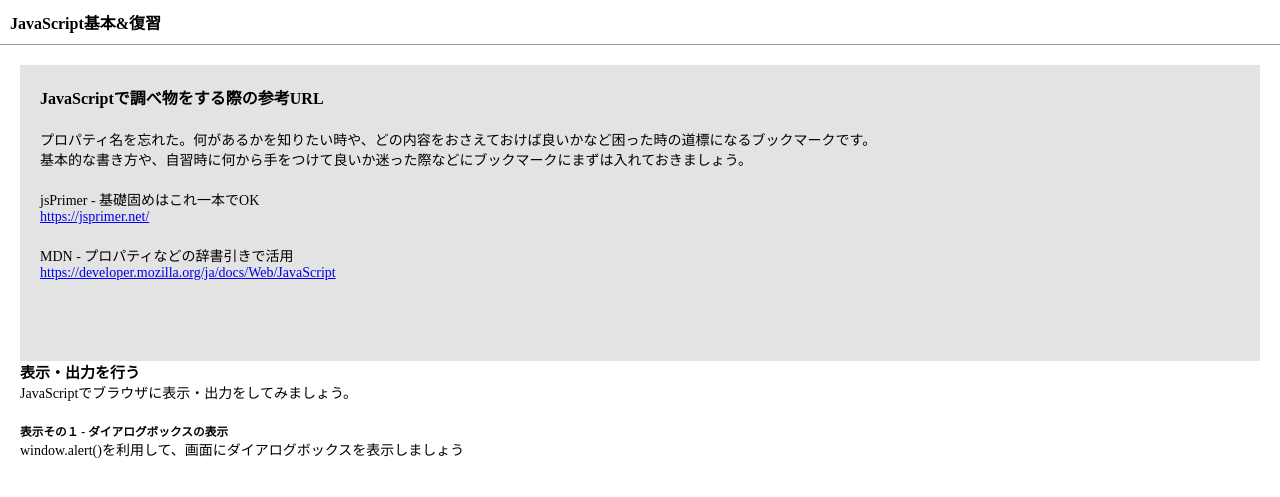
Repository: Yuto-Arakawa/study_js
Page: 01_basic/荒川/ara_basic01.html
These files come from the project's save history. The page is drawn as it stood at one moment and after the next save; the edit follows.
The browser window is 1280 px wide. The pictures show the whole page.

Above is the page before, as saved 2026-11-06 15:16:45.

### 01_basic/荒川/ara_basic01.html
<!DOCTYPE html>
<html lang="ja">
<head>
  <meta charset="utf-8">
  <meta name="viewport" content="width=device-width, initial-scale=1">
  <meta name="color-scheme" content="light">
  <meta name="format-detection" content="telephone=no">
  <meta name="description" content="ここに説明文を設定">
  <title>ara_basic01</title>

  <!-- 共有用 OGP / X(Twitter) -->
  <meta property="og:site_name" content="サイト名">
  <meta property="og:title" content="サイトタイトル">
  <meta property="og:description" content="サイト説明文">
  <meta property="og:type" content="website">
  <meta property="og:url" content="https://hoge.ecc.com/">
  <meta property="og:image" content="https://hoge.ecc.com/ogp.png">
  <meta name="twitter:card" content="summary_large_image">
  <meta name="twitter:site" content="@twitteraccount">

  <!-- 正規URL -->
  <link rel="canonical" href="URL">
	<!-- 多言語サイト用 -->
	<!-- <link rel="alternate" hreflang="ja" href="URL"> -->

  <!-- アイコン（SVG優先、ICOフォールバック、Apple Touch） -->
  <link rel="icon" type="image/svg+xml" href="favicon.svg">
  <link rel="alternate icon" href="favicon.ico">
  <link rel="apple-touch-icon" href="apple-touch-icon.png" sizes="180x180">

  <!-- テーマカラー（PWAでなくてもアドレスバー色に反映） -->
  <meta name="theme-color" content="#FFFFFF">

	<!-- スタイルの読み込み -->
    <link rel="stylesheet" href="css/ress.css">
    <link rel="stylesheet" href="css/basic01.css">

</head>
<body>
    <header>
        <h1>JavaScript基本&復習</h1>
    </header>
    <main>
        <div class="reference">
            <h2>JavaScriptで調べ物をする際の参考URL</h2>
                <p>
                    プロパティ名を忘れた。何があるかを知りたい時や、どの内容をおさえておけば良いかなど困った時の道標になるブックマークです。<br>
                    基本的な書き方や、自習時に何から手をつけて良いか迷った際などにブックマークにまずは入れておきましょう。
                </p>

                <p>
                    jsPrimer - 基礎固めはこれ一本でOK<br>
                    <a href="https://jsprimer.net/" target="_blank">https://jsprimer.net/</a>
                </p>
                <p>
                    MDN - プロパティなどの辞書引きで活用<br>
                    <a href="https://developer.mozilla.org/ja/docs/Web/JavaScript" target="_blank">https://developer.mozilla.org/ja/docs/Web/JavaScript</a>
                </p>
        </div>
            <h2>表示・出力を行う</h2>
                <p>JavaScriptでブラウザに表示・出力をしてみましょう。</p>
            <h3>表示その１ - ダイアログボックスの表示</h3>
                <p>window.alert()を利用して、画面にダイアログボックスを表示しましょう</p>
    </main>
</body>
</html>

### 01_basic/荒川/css/ress.css
/* resset.dev • v6.0.0 */

/* # =================================================================
   # Global selectors
   # ================================================================= */

html {
  box-sizing: border-box;
  -webkit-text-size-adjust: 100%; /* Prevent adjustments of font size after orientation changes in iOS */
  word-break: normal;
  -moz-tab-size: 4;
  tab-size: 4;
}

*,
::before,
::after {
  background-repeat: no-repeat; /* Set `background-repeat: no-repeat` to all elements and pseudo elements */
  box-sizing: inherit;
}

::before,
::after {
  text-decoration: inherit; /* Inherit text-decoration and vertical align to ::before and ::after pseudo elements */
  vertical-align: inherit;
}

* {
  padding: 0; /* Reset `padding` and `margin` of all elements */
  margin: 0;
}

/* # =================================================================
   # General elements
   # ================================================================= */

hr {
  overflow: visible; /* Show the overflow in Edge and IE */
  height: 0; /* Add the correct box sizing in Firefox */
  color: inherit; /* Correct border color in Firefox. */
}

details,
main {
  display: block; /* Render the `main` element consistently in IE. */
}

summary {
  display: list-item; /* Add the correct display in all browsers */
}

small {
  font-size: 80%; /* Set font-size to 80% in `small` elements */
}

[hidden] {
  display: none; /* Add the correct display in IE */
}

abbr[title] {
  border-bottom: none; /* Remove the bottom border in Chrome 57 */
  /* Add the correct text decoration in Chrome, Edge, IE, Opera, and Safari */
  text-decoration: underline;
  text-decoration: underline dotted;
}

a {
  background-color: transparent; /* Remove the gray background on active links in IE 10 */
}

a:active,
a:hover {
  outline-width: 0; /* Remove the outline when hovering in all browsers */
}

code,
kbd,
pre,
samp {
  font-family: monospace, monospace; /* Specify the font family of code elements */
}

pre {
  font-size: 1em; /* Correct the odd `em` font sizing in all browsers */
}

b,
strong {
  font-weight: bolder; /* Add the correct font weight in Chrome, Edge, and Safari */
}

/* https://gist.github.com/unruthless/413930 */
sub,
sup {
  font-size: 75%;
  line-height: 0;
  position: relative;
  vertical-align: baseline;
}

sub {
  bottom: -0.25em;
}

sup {
  top: -0.5em;
}

table {
  border-color: inherit; /* Correct border color in all Chrome, Edge, and Safari. */
  text-indent: 0; /* Remove text indentation in Chrome, Edge, and Safari */
}

iframe {
  border-style: none;
}

/* # =================================================================
   # Accessibility
   # ================================================================= */

/* Specify the progress cursor of updating elements */
[aria-busy='true'] {
  cursor: progress;
}

/* Specify the pointer cursor of trigger elements */
[aria-controls] {
  cursor: pointer;
}

/* # =================================================================
   # Forms
   # ================================================================= */

input {
  border-radius: 0;
}

[type='number']::-webkit-inner-spin-button,
[type='number']::-webkit-outer-spin-button {
  height: auto; /* Correct the cursor style of increment and decrement buttons in Chrome */
}

[type='search'] {
  -webkit-appearance: textfield; /* Correct the odd appearance in Chrome and Safari */
  outline-offset: -2px; /* Correct the outline style in Safari */
}

[type='search']::-webkit-search-decoration {
  -webkit-appearance: none; /* Remove the inner padding in Chrome and Safari on macOS */
}

textarea {
  overflow: auto; /* Internet Explorer 11+ */
  resize: vertical; /* Specify textarea resizability */
}

button,
input,
optgroup,
select,
textarea {
  font: inherit; /* Specify font inheritance of form elements */
}

optgroup {
  font-weight: bold; /* Restore the font weight unset by the previous rule */
}

button {
  overflow: visible; /* Address `overflow` set to `hidden` in IE 8/9/10/11 */
}

button,
select {
  text-transform: none; /* Firefox 40+, Internet Explorer 11- */
}

/* Apply cursor pointer to button elements */
button,
[type='button'],
[type='reset'],
[type='submit'],
[role='button'] {
  cursor: pointer;
}

/* Remove inner padding and border in Firefox 4+ */
button::-moz-focus-inner,
[type='button']::-moz-focus-inner,
[type='reset']::-moz-focus-inner,
[type='submit']::-moz-focus-inner {
  border-style: none;
  padding: 0;
}

/* Replace focus style removed in the border reset above */
button:-moz-focusring,
[type='button']::-moz-focus-inner,
[type='reset']::-moz-focus-inner,
[type='submit']::-moz-focus-inner {
  outline: 1px dotted ButtonText;
}

button,
html [type='button'], /* Prevent a WebKit bug where (2) destroys native `audio` and `video`controls in Android 4 */
[type='reset'],
[type='submit'] {
  -webkit-appearance: button; /* Correct the inability to style clickable types in iOS */
}

/* Remove the default button styling in all browsers */
button,
input,
select,
textarea {
  background-color: transparent;
  border-style: none;
}

a:focus,
button:focus,
input:focus,
select:focus,
textarea:focus {
  outline-width: 0;
}

/* Style select like a standard input */
select {
  -moz-appearance: none; /* Firefox 36+ */
  -webkit-appearance: none; /* Chrome 41+ */
}

select::-ms-expand {
  display: none; /* Internet Explorer 11+ */
}

select::-ms-value {
  color: currentColor; /* Internet Explorer 11+ */
}

legend {
  border: 0; /* Correct `color` not being inherited in IE 8/9/10/11 */
  color: inherit; /* Correct the color inheritance from `fieldset` elements in IE */
  display: table; /* Correct the text wrapping in Edge and IE */
  max-width: 100%; /* Correct the text wrapping in Edge and IE */
  white-space: normal; /* Correct the text wrapping in Edge and IE */
  max-width: 100%; /* Correct the text wrapping in Edge 18- and IE */
}

::-webkit-file-upload-button {
  /* Correct the inability to style clickable types in iOS and Safari */
  -webkit-appearance: button;
  color: inherit;
  font: inherit; /* Change font properties to `inherit` in Chrome and Safari */
}

/* Replace pointer cursor in disabled, not-editable, or otherwise inoperable elements */
[disabled],
[aria-disabled='true'] {
  cursor: default;
}

/* # =================================================================
   # Specify media element style
   # ================================================================= */

img {
  border-style: none; /* Remove border when inside `a` element in IE 8/9/10 */
}

/* Add the correct vertical alignment in Chrome, Firefox, and Opera */
progress {
  vertical-align: baseline;
}

### 01_basic/荒川/css/basic01.css
html{
    font-size: 62.5%;
}

header{
    padding: 1rem;
    border-bottom: solid 1px #999;
    font-size: 8px;
}

main{
    padding: 20px;
    p{
        font-size: 14px;
        margin-bottom: 20px;
    }
}

.reference{
    padding: 20px;
    height: 296px;
    background-color: #e3e3e3;
    h2{
        font-size: 16px;
        margin-bottom: 20px;
    }
}

After the next save:
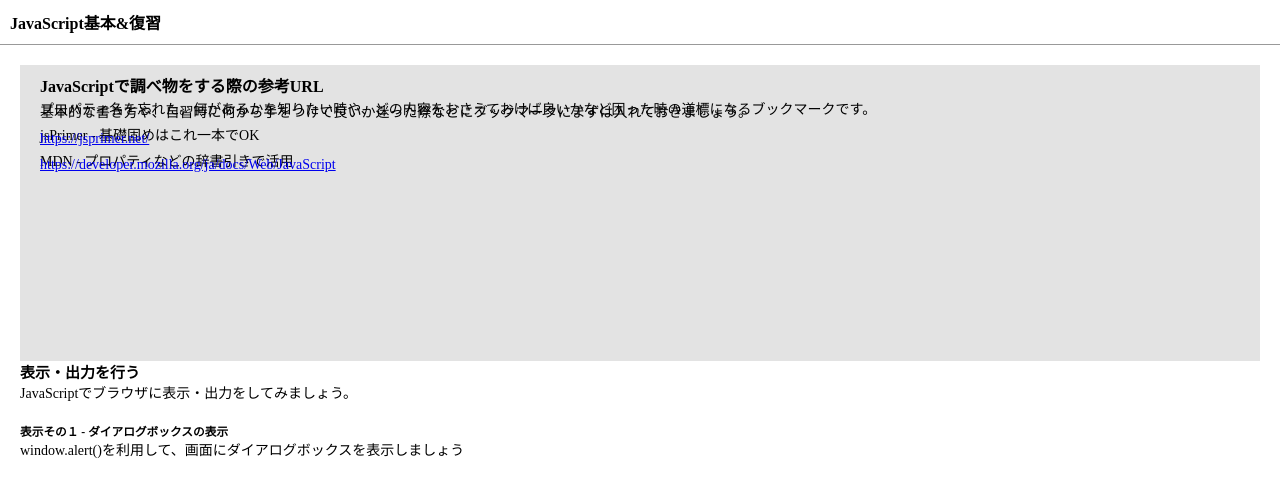
Saved 2 min 54 s later.
--- a/01_basic/荒川/css/basic01.css
+++ b/01_basic/荒川/css/basic01.css
@@ -20,6 +20,7 @@ main{
     padding: 20px;
     height: 296px;
     background-color: #e3e3e3;
+    line-height: 3px;
     h2{
         font-size: 16px;
         margin-bottom: 20px;
